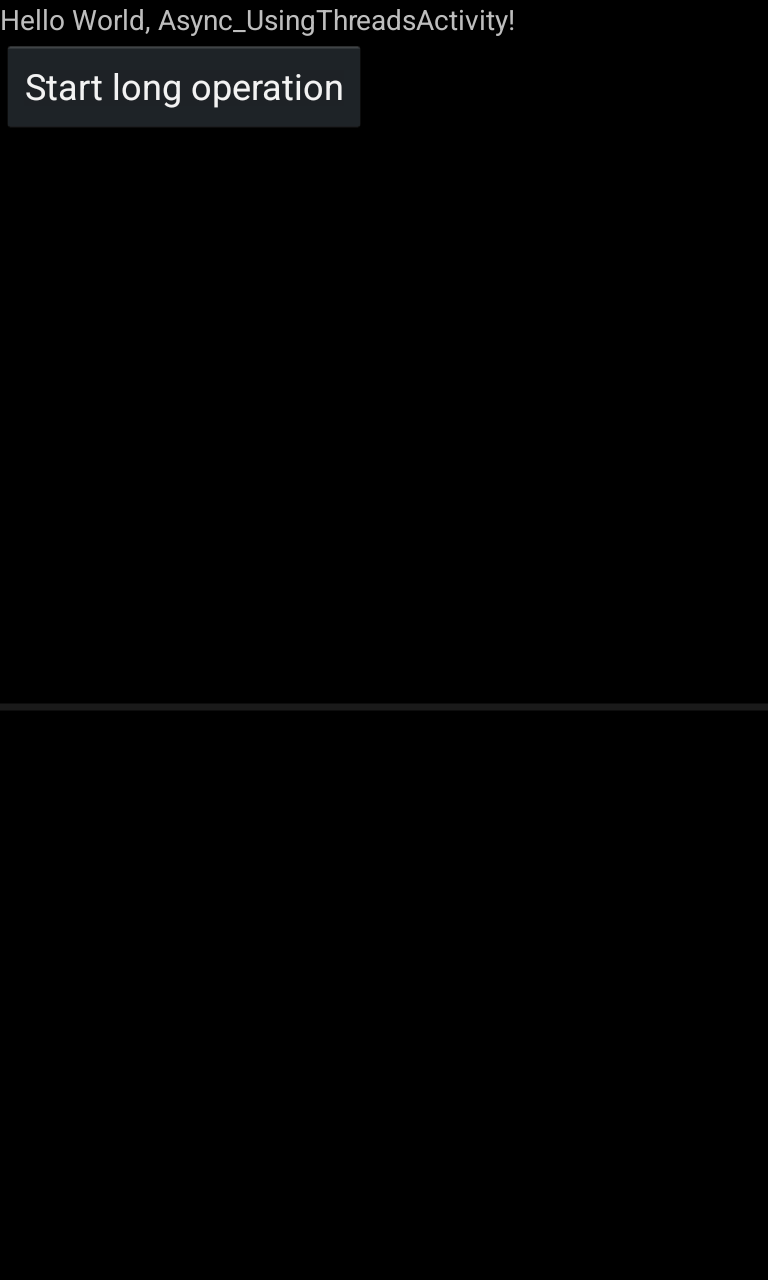
Repository: MobileAffairsLTD/AndroidDemos
Layout: Async_UsingThreads/res/layout/main.xml
The author's editor kept a copy of each file at every save. The layout is drawn from the files as they stood at one save, then again after the next save.
It is drawn on a 768 x 1280 px phone screen (xhdpi) without system bars, with theme android:Theme.Holo; the app's code is not run.

Above is the layout before, as saved 2012-04-20 19:15:24.

### Async_UsingThreads/res/layout/main.xml
<?xml version="1.0" encoding="utf-8"?>
<LinearLayout xmlns:android="http://schemas.android.com/apk/res/android"
    android:layout_width="fill_parent"
    android:layout_height="fill_parent"
    android:orientation="vertical" >

    <TextView
        android:layout_width="fill_parent"
        android:layout_height="wrap_content"
        android:text="@string/hello" />

    <Button
        android:id="@+id/button1"
        android:layout_width="wrap_content"
        android:layout_height="wrap_content"
        android:onClick="runLongOperation"
        android:text="Start long operation" />



    <ProgressBar
        android:id="@+id/progressBar1"
        style="?android:attr/progressBarStyleHorizontal"
        android:layout_width="match_parent"
        android:layout_height="20dp"
        android:layout_weight="0.09" />

</LinearLayout>

### Async_UsingThreads/res/values/strings.xml
<?xml version="1.0" encoding="utf-8"?>
<resources>

    <string name="hello">Hello World, Async_UsingThreadsActivity!</string>
    <string name="app_name">Async_UsingThreads</string>

</resources>

After the next save:
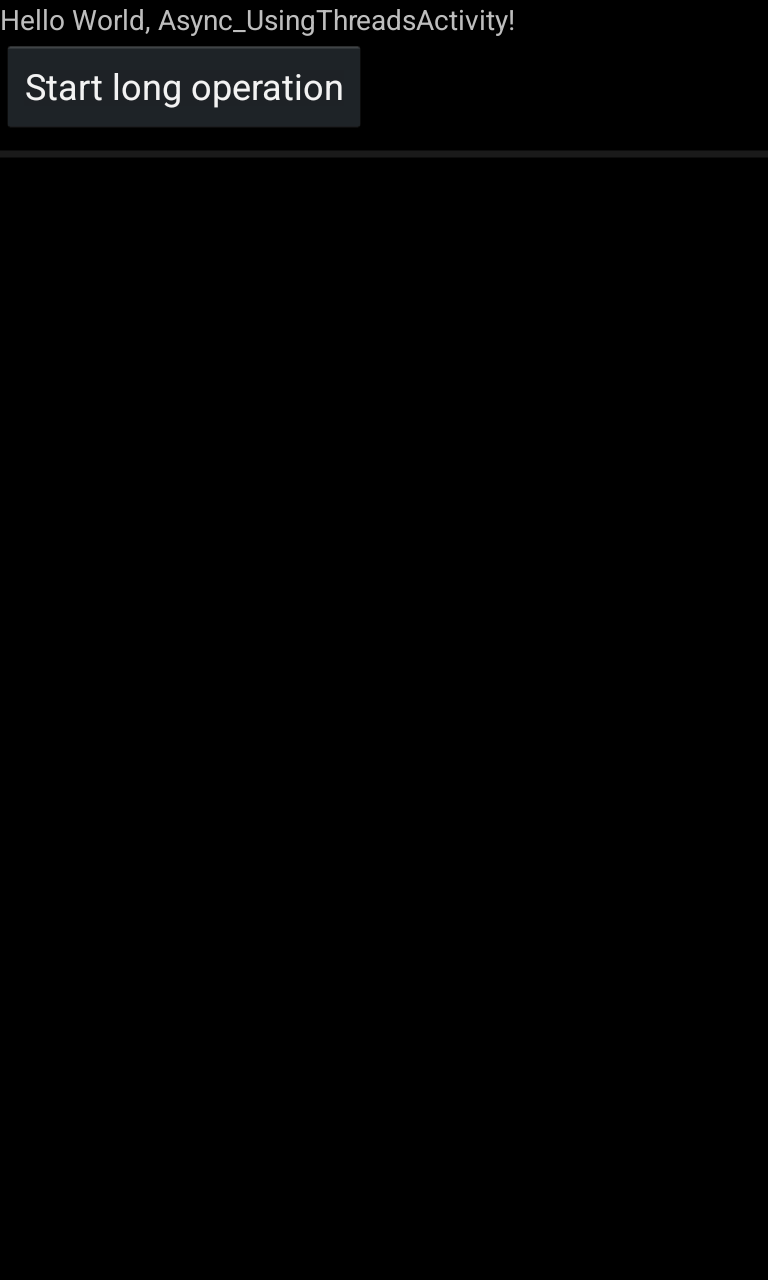
Saved 13 s later.
--- a/Async_UsingThreads/res/layout/main.xml
+++ b/Async_UsingThreads/res/layout/main.xml
@@ -23,6 +23,6 @@
         style="?android:attr/progressBarStyleHorizontal"
         android:layout_width="match_parent"
         android:layout_height="20dp"
-        android:layout_weight="0.09" />
+        />
 
 </LinearLayout>
